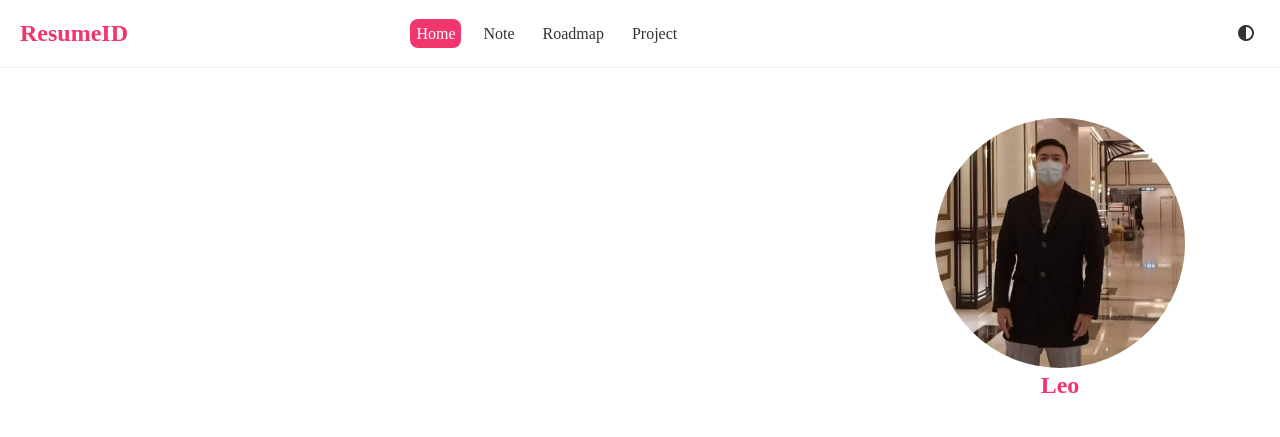
Repository: leo-play-code/ResumeID
Page: /
The author's editor kept a copy of each file at every save. The page is drawn from the files as they stood at one save, then again after a run of saves.
The browser window is 1280 px wide. The pictures show the whole page.
Some web libraries are served in a nearby version. The project was rebuilt for these pictures with package versions that can differ from the ones it lists, and the page was loaded fresh each time. Also part of the build but not shown: src/Note/Note.js, src/Roadmap/Roadmap.js, src/Project/Project.js.

Above is the page before, as saved 2022-10-18 13:57:54.

After the next 5 saves:
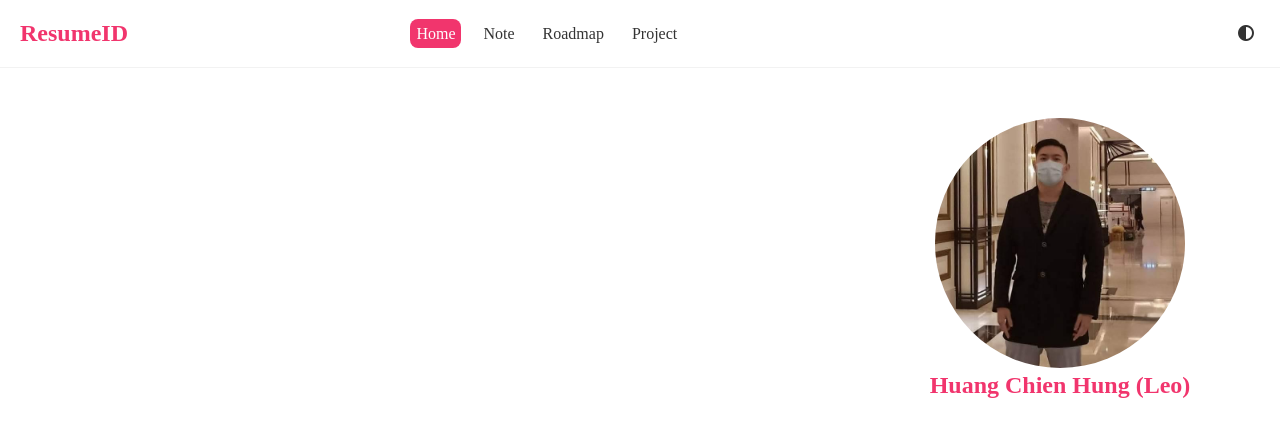
The 5 saves are shown as one change because they came seconds apart.
The last was saved 20 s later.
--- a/src/Home/Home.js
+++ b/src/Home/Home.js
@@ -6,7 +6,7 @@ function Home(){
         <div className="Home">
             <div className="profile-container">
                 <img src={pic} alt="" />
-                <h2>Leo</h2>
+                <h2>Huang Chien Hung (Leo)</h2>
             </div>
         </div>
     )
